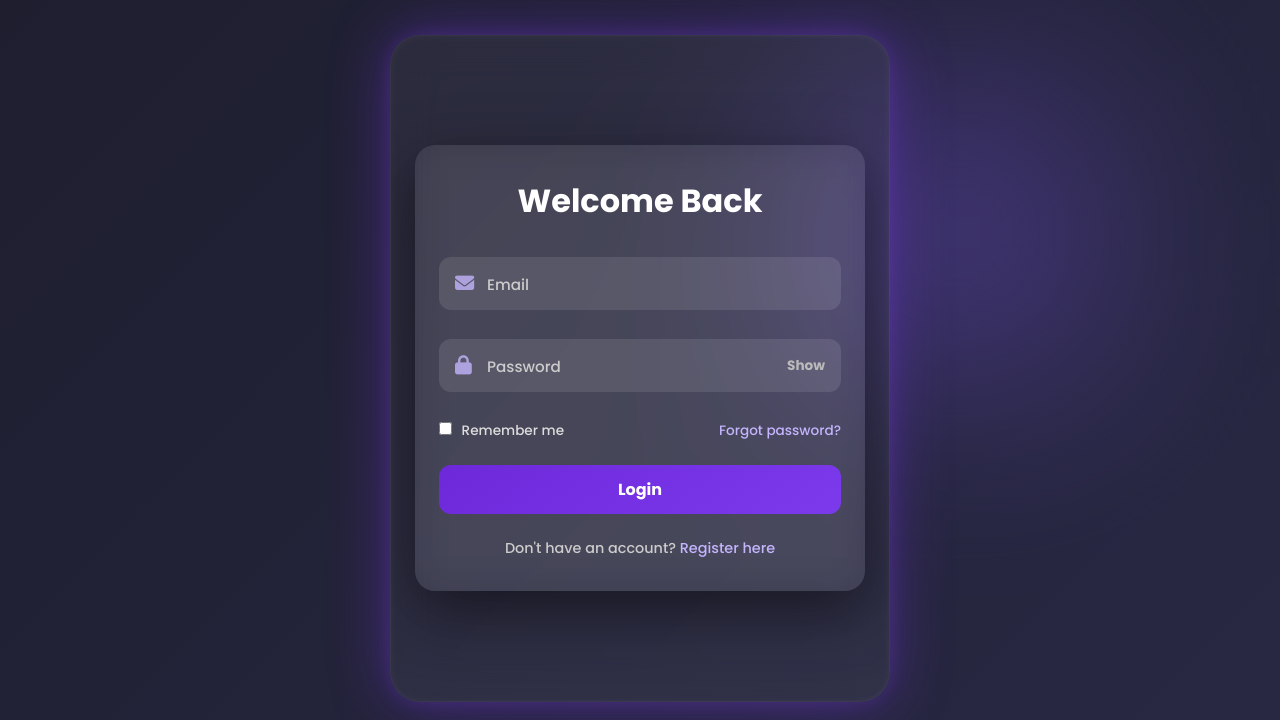
Repository: Punith-Singh/chatbot
Page: frontend/login.html
An editor plug-in stored every save of this project. The page is shown before and after a run of saves, followed by the edit.
The browser window is 1280 px wide. The pictures show the whole page.

Above is the page before, as saved 2025-06-19 20:28:54.

### frontend/login.html
<!DOCTYPE html>
<html lang="en">
<head>
  <meta charset="UTF-8" />
  <meta name="viewport" content="width=device-width, initial-scale=1.0"/>
  <title>Login | ChatBot</title>
  <link href="https://fonts.googleapis.com/css2?family=Poppins:wght@300;500;700&display=swap" rel="stylesheet">
  <link rel="stylesheet" href="https://cdnjs.cloudflare.com/ajax/libs/font-awesome/6.5.0/css/all.min.css" />
  <style>
    * {
      box-sizing: border-box;
      margin: 0;
      padding: 0;
      font-family: 'Poppins', sans-serif;
    }

    body {
      min-height: 100vh;
      background: linear-gradient(135deg, #1e1e2f, #282843);
      display: flex;
      align-items: center;
      justify-content: center;
      overflow: hidden;
      position: relative;
      transition: all 0.5s ease;
    }

    body.fade-out {
      animation: fadeOut 0.8s ease forwards;
    }

    @keyframes fadeOut {
      to {
        opacity: 0;
        transform: scale(0.98);
      }
    }

    .background-blur {
      position: absolute;
      width: 250px;
      height: 250px;
      background: #7f5af0;
      filter: blur(120px);
      z-index: 0;
      top: 15%;
      left: 65%;
      opacity: 0.5;
    }

    .login-wrapper {
      display: flex;
      flex-direction: column;
      align-items: center;
      width: 100%;
      max-width: 500px;
      position: relative;
      z-index: 1;
    }

    .messages-container {
      width: 100%;
      margin-bottom: 1rem;
      text-align: center;
    }

    .error-message {
      color: #fca5a5;
      background: rgba(255, 0, 0, 0.1);
      border-radius: 8px;
      padding: 0.6rem;
      display: none;
      font-size: 0.9rem;
      text-align: center;
    }

    .success-message {
      color: #a6ffb4;
      background: rgba(34, 197, 94, 0.15);
      border: 1px solid rgba(34, 197, 94, 0.3);
      border-radius: 12px;
      padding: 0.8rem;
      font-size: 0.95rem;
      text-align: center;
      backdrop-filter: blur(10px);
      box-shadow: 0 4px 18px rgba(0, 0, 0, 0.2);
      animation: fadeInSuccess 0.4s ease forwards;
      align-items: center;
      justify-content: center;
      gap: 10px;
      display: none;
    }

    .success-sticker {
      width: 40px;
      height: 40px;
      animation: bounceIn 0.5s ease;
    }

    @keyframes bounceIn {
      0% {
        transform: scale(0.5);
        opacity: 0;
      }
      60% {
        transform: scale(1.2);
        opacity: 1;
      }
      100% {
        transform: scale(1);
      }
    }

    @keyframes fadeInSuccess {
      from {
        opacity: 0;
        transform: translateY(10px);
      }
      to {
        opacity: 1;
        transform: translateY(0);
      }
    }

    .phone-frame {
      width: 100%;
      max-width: 500px;
      height: 667px;
      background: rgba(255, 255, 255, 0.05);
      border-radius: 30px;
      overflow-y: auto;
      padding: 2rem 1.5rem;
      display: flex;
      flex-direction: column;
      justify-content: center;
      position: relative;
      color: #fff;
      box-shadow:
        0 0 60px rgba(124, 58, 237, 0.4),
        0 0 20px rgba(124, 58, 237, 0.2),
        inset 0 0 10px rgba(255, 255, 255, 0.05);
      border: 1px solid rgba(255, 255, 255, 0.05);
      backdrop-filter: blur(20px);
      animation: glowPulse 3s ease-in-out infinite alternate;
    }

    .login-card {
      background: rgba(255, 255, 255, 0.07);
      backdrop-filter: blur(20px);
      border-radius: 20px;
      box-shadow: 0 20px 60px rgba(0, 0, 0, 0.5);
      padding: 2rem 1.5rem;
      color: #fff;
      animation: fadeIn 1s ease-out forwards;
      transform: translateY(30px);
      opacity: 0;
    }

    @keyframes fadeIn {
      to {
        transform: translateY(0);
        opacity: 1;
      }
    }

    .login-card h2 {
      text-align: center;
      margin-bottom: 2rem;
      font-size: 2rem;
      font-weight: 700;
    }

    .form-group {
      position: relative;
      margin-bottom: 1.8rem;
    }

    .form-group input {
      width: 100%;
      padding: 14px 18px 14px 48px;
      border: none;
      border-radius: 12px;
      background: rgba(255, 255, 255, 0.1);
      color: #fff;
      font-size: 1rem;
      transition: 0.3s ease;
    }

    .form-group input:focus {
      outline: none;
      background: rgba(255, 255, 255, 0.15);
      box-shadow: 0 0 0 2px #fff3;
    }

    .form-group label {
      position: absolute;
      top: 50%;
      left: 48px;
      transform: translateY(-50%);
      font-size: 0.95rem;
      color: #ccc;
      pointer-events: none;
      transition: 0.3s ease;
    }

    .form-group input:focus + label,
    .form-group input:not(:placeholder-shown) + label {
      top: -12px;
      left: 10px;
      font-size: 0.75rem;
      color: #eee;
      background: rgba(255, 255, 255, 0.15);
      padding: 0 6px;
      border-radius: 4px;
    }

    .form-group .icon {
      position: absolute;
      top: 50%;
      left: 16px;
      transform: translateY(-50%);
      font-size: 1.2rem;
      opacity: 0.8;
      color: #c4b5fd;
    }

    .checkbox-group {
      display: flex;
      justify-content: space-between;
      font-size: 0.85rem;
      margin-bottom: 1.5rem;
      color: #ddd;
    }

    .checkbox-group a {
      color: #c4b5fd;
      text-decoration: none;
    }

    .checkbox-group input {
      margin-right: 6px;
    }

    .login-btn {
      width: 100%;
      padding: 12px;
      background: linear-gradient(145deg, #6d28d9, #7c3aed);
      color: #fff;
      border: none;
      border-radius: 12px;
      font-size: 1rem;
      font-weight: 600;
      cursor: pointer;
      transition: all 0.3s ease;
    }

    .login-btn:hover {
      background: linear-gradient(145deg, #8b5cf6, #7c3aed);
      transform: translateY(-2px);
      box-shadow: 0 8px 20px rgba(0,0,0,0.3);
    }

    .register-link {
      margin-top: 1.5rem;
      text-align: center;
      color: #ccc;
      font-size: 0.9rem;
    }

    .register-link a {
      color: #c4b5fd;
      text-decoration: none;
    }

    html, body {
      width: 100%;
      overflow-x: hidden;
    }
  </style>
</head>
<body>
  <div class="background-blur"></div>

  <div class="login-wrapper">
    <div class="messages-container">
      <div class="error-message" id="error-message"></div>
      <div class="success-message" id="success-message">
        <img src="https://img.icons8.com/?size=100&id=AefXIkx4A693&format=png&color=000000" class="success-sticker" alt="Success" />
        Login successful! Redirecting...
      </div>
    </div>

    <div class="phone-frame">
      <div class="login-card">
        <h2>Welcome Back</h2>

        <div class="form-group">
          <i class="fa-solid fa-envelope icon"></i>
          <input type="email" id="email" placeholder=" " required />
          <label for="email">Email</label>
        </div>

        <div class="form-group">
          <i class="fa-solid fa-lock icon"></i>
          <input type="password" id="password" placeholder=" " required />
          <label for="password">Password</label>
          <span id="togglePassword" style="
              position: absolute;
              right: 16px;
              top: 50%;
              transform: translateY(-50%);
              cursor: pointer;
              user-select: none;
              font-size: 0.85rem;
              color: #bbb;
              font-weight: 600;
              transition: color 0.3s ease;" title="Show/Hide Password">Show</span>
        </div>

        <div class="checkbox-group">
          <label><input type="checkbox" id="rememberMe" /> Remember me</label>
          <a href="forgotpassword.html">Forgot password?</a>
        </div>

        <button class="login-btn" onclick="login()">Login</button>

        <div class="register-link">
          Don't have an account? <a href="register.html">Register here</a>
        </div>
      </div>
    </div>
  </div>

<script>
  window.addEventListener("DOMContentLoaded", () => {
    const savedEmail = localStorage.getItem("userEmail");
    if (savedEmail) {
      document.getElementById("email").value = savedEmail;
      document.getElementById("rememberMe").checked = true;
    }

    document.getElementById("togglePassword").addEventListener("click", () => {
      const passwordInput = document.getElementById("password");
      const toggle = document.getElementById("togglePassword");

      if (passwordInput.type === "password") {
        passwordInput.type = "text";
        toggle.textContent = "Hide";
        toggle.style.color = "#7c3aed";
      } else {
        passwordInput.type = "password";
        toggle.textContent = "Show";
        toggle.style.color = "#bbb";
      }
    });
  });

  async function login() {
    const email = document.getElementById("email").value.trim();
    const password = document.getElementById("password").value.trim();
    const errorMsg = document.getElementById("error-message");
    const successMsg = document.getElementById("success-message");

    errorMsg.style.display = "none";
    successMsg.style.display = "none";

    if (!email || !password) {
      errorMsg.textContent = "Please enter both email and password.";
      errorMsg.style.display = "block";
      return;
    }

    try {
      const response = await fetch("http://localhost:5000/login", {
        method: "POST",
        headers: { "Content-Type": "application/json" },
        body: JSON.stringify({ email, password })
      });

      const data = await response.json();

      if (response.ok) {
        if (document.getElementById("rememberMe").checked) {
          localStorage.setItem("userEmail", email);
        } else {
          localStorage.removeItem("userEmail");
        }

        if (data.user?.name) {
          localStorage.setItem("chatbotUserName", data.user.name);
        }
        localStorage.setItem("chatbotUserEmail", email);

        successMsg.innerHTML = `
          <img src="https://cdn-icons-png.flaticon.com/512/190/190411.png" class="success-sticker" alt="Success" />
          Login successful! Redirecting...
        `;
        successMsg.style.display = "flex";

        setTimeout(() => {
          document.body.classList.add("fade-out");
        }, 1000);

        setTimeout(() => {
          if (data.user?.role === "admin") {
            successMsg.innerHTML = `
              <img src="https://cdn-icons-png.flaticon.com/512/190/190411.png" class="success-sticker" alt="Success" />
              🛡️ Admin has logged in! Redirecting to dashboard...
            `;
            window.location.href = "admin.html";
          } else {
            window.location.href = "home.html";
          }
        }, 1800);
      } else {
        if (data.message === "UserNotFound") {
          errorMsg.textContent = "Your account doesn't exist. Please register.";
        } else if (data.message === "InvalidPassword") {
          errorMsg.textContent = "Incorrect password. Please try again.";
        } else {
          errorMsg.textContent = data.message || "❌ Invalid credentials or don't have an account?";
        }
        errorMsg.style.display = "block";
      }
    } catch (error) {
      errorMsg.textContent = "⚠️ Failed to connect to server.";
      errorMsg.style.display = "block";
      console.error("Login error:", error);
    }
  }
</script>
</body>
</html>

After the next 2 saves:
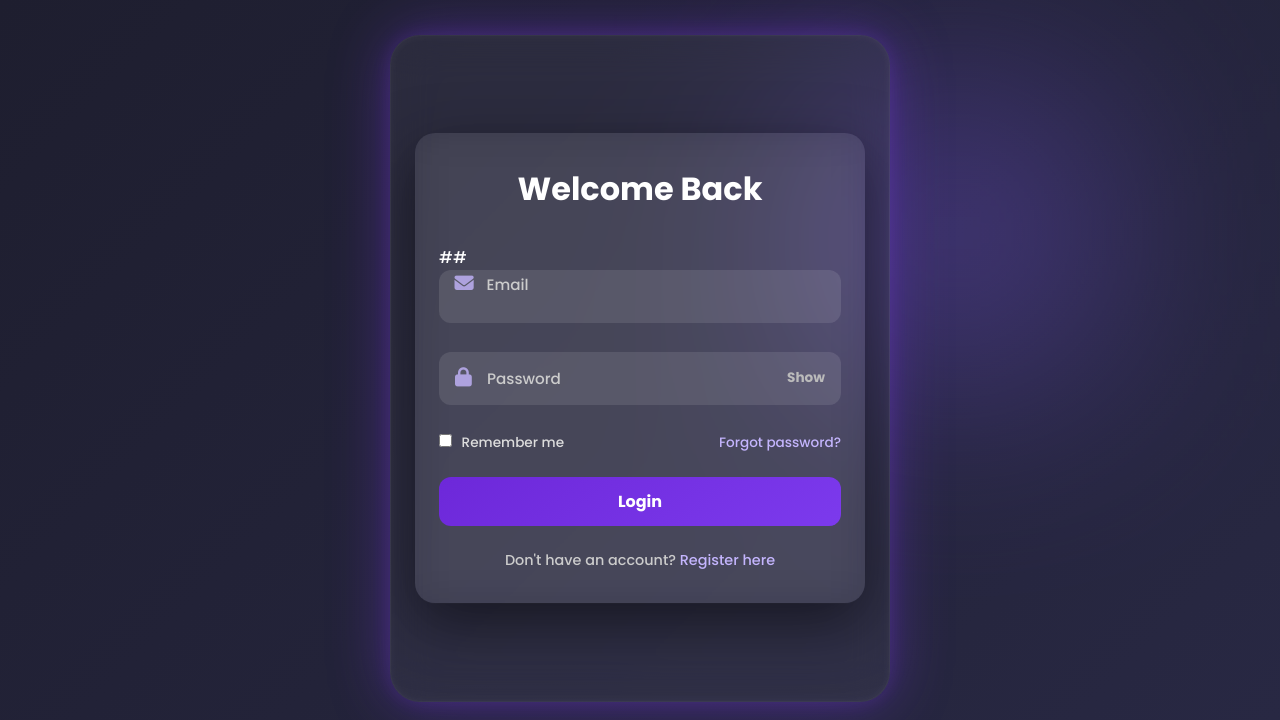
The 2 saves are shown as one change because they came seconds apart.
The last was saved 30 days later.
--- a/frontend/login.html
+++ b/frontend/login.html
@@ -295,7 +295,7 @@
         <h2>Welcome Back</h2>
 
         <div class="form-group">
-          <i class="fa-solid fa-envelope icon"></i>
+          <i class="fa-solid fa-envelope icon"></i>                         ##
           <input type="email" id="email" placeholder=" " required />
           <label for="email">Email</label>
         </div>
